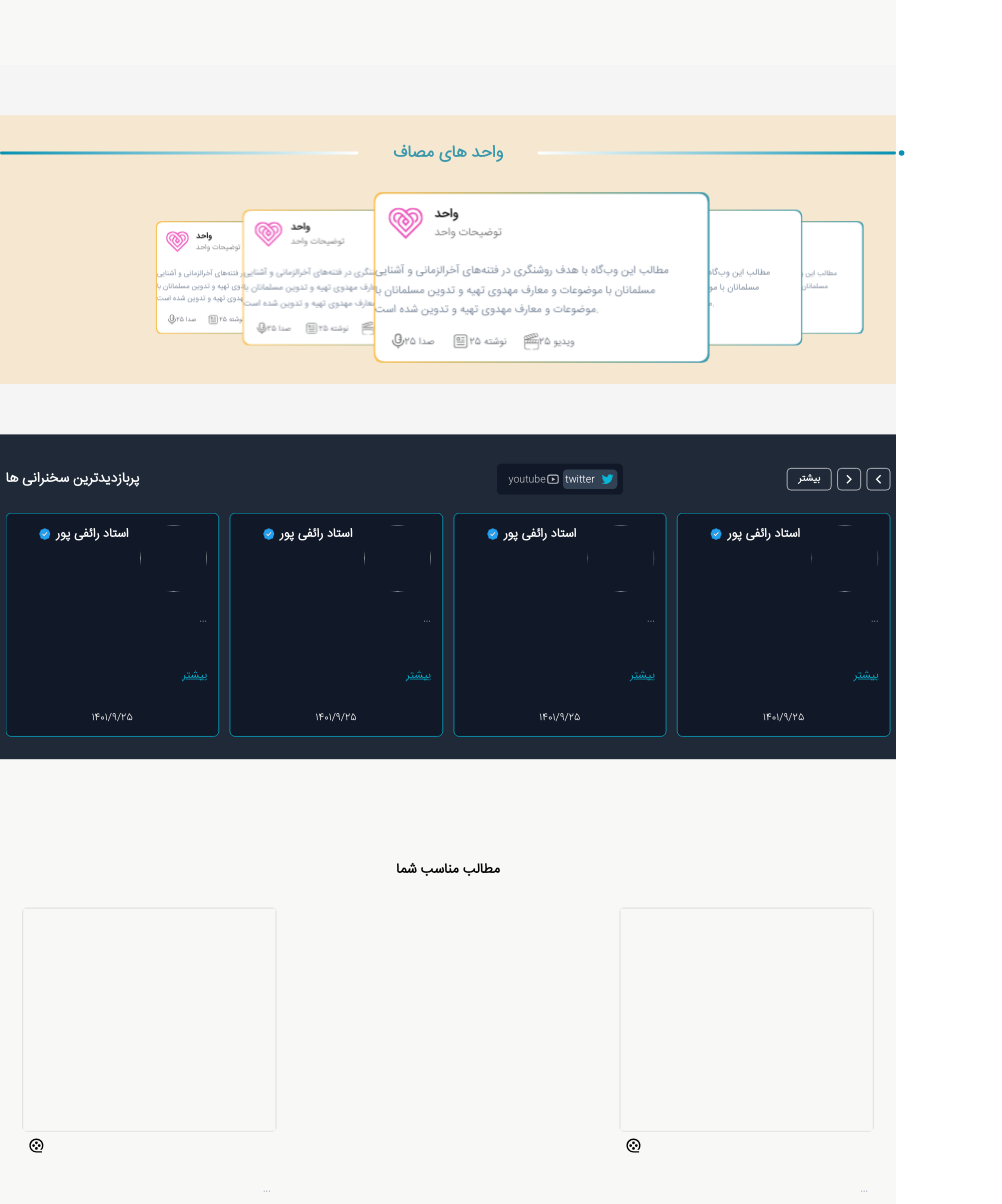
Repository: homan-tehrani/uiUserNative
Page: /
An editor plug-in stored every save of this project. The page is shown before and after the next save, followed by the edit.
The browser window is 1280 px wide. The page is 1432 px wide, so the pictures cover 1432 px, including what lies to the right of the window. The pictures show the part of the page from y = 2162 to 3882 px (the page is 5134 px tall), at 70% of full size.
The page's requests for data from a server got no answer. The project was rebuilt for these pictures with package versions that can differ from the ones it lists, and the page was loaded fresh each time. The framework's server and built-in components were replaced by stand-ins that run in the browser. No one was signed in, and anything a server would have sent is missing. Also part of the build but not shown: next.config.js, src/components/MenuForUnits.js, src/components/AccordionForUnits.js, src/components/MenuResponsive.js.

Above is the page before, as saved 2023-04-25 09:51:19.

### src/pages/_app.js
import Layoute from 'components/layout/Layoute'
import 'styles/globals.css'

export default function App({ Component, pageProps }) {
  return <Layoute>
    <Component {...pageProps} />
  </Layoute>
}

### src/pages/index.js
import Head from 'next/head';
import Layoute from '../components/layout/Layoute';
import Loading from '../components/loading';
import Slider from '../components/Slider';
import Album1 from '../components/Album1';
import Invitation from '../components/Invitation';
import Album2 from '../components/Album2';
import Description from '../components/Description';
import Album3 from '../components/Album3';
import Suggestion from '../components/Suggestion';
import { useEffect } from 'react';

export default function Home({ datas }) {
  return (
    <>
      <Head>
        <title>خانه</title>
        <meta
          name="description"
          content="Generated by create next app"
        />
        <meta
          name="viewport"
          content="width=device-width, initial-scale=1"
        />
        <link rel="icon" href="/favicon.ico" />
      </Head>
      <main className="bg-[#F8F8F6]">

        <>
          <Slider />
          <Album1 />
          <Invitation />
          <Album2 />
          <Description />
          <Album3 />
          <Suggestion />
        </>

      </main>
    </>
  );
}

// export async function getStaticProps(context){

//   const res = await fetch("https://nativecontent.sirafgroup.com/api/v1/tag/contentByTag/")
//   const data = await res.json(res)
//   console.log(data);

//   if (!data) {
//     return {
//       notFound: true,
//     }
//   }

//   return{
//     props: {

//     }
//   }

// }

### src/components/layout/Layoute.js
import React from "react";
import Header from "./Header";
import Fotter from "./Fotter";
import Speech from "../Speech";

export default function Layoute({ children , datas }) {
  return (
    <>
      <Header  />
      <div>{children}</div>
      <Speech />
      <Fotter datas={datas} />
    </>
  );
}

### src/styles/globals.css
@tailwind base;
@tailwind components;
@tailwind utilities;

@font-face {
    font-family: iransans;
    src: url("../../public/assets/fonts/iransans/irsans-l.woff");
}

html , body{
    font-family: iransans;
  }

.slider-master
.swiper-pagination-bullet{
  width: 14px;
  height: 14px;
  background-color: #3998AC;
}

.slider-master
.swiper-pagination-bullet-active {
  width: 60px;
  border-radius: 60px;
}

### src/components/loading.js
const Loading =()=> {
    return (
      <div className="w-full h-full flex justify-center items-center py-5">
        <svg aria-hidden="true" class="w-12 h-12 text-gray-200 animate-spin dark:text-gray-600 fill-cyan-600" viewBox="0 0 100 101" fill="none" xmlns="http://www.w3.org/2000/svg">
            <path d="M100 50.5908C100 78.2051 77.6142 100.591 50 100.591C22.3858 100.591 0 78.2051 0 50.5908C0 22.9766 22.3858 0.59082 50 0.59082C77.6142 0.59082 100 22.9766 100 50.5908ZM9.08144 50.5908C9.08144 73.1895 27.4013 91.5094 50 91.5094C72.5987 91.5094 90.9186 73.1895 90.9186 50.5908C90.9186 27.9921 72.5987 9.67226 50 9.67226C27.4013 9.67226 9.08144 27.9921 9.08144 50.5908Z" fill="currentColor"/>
            <path d="M93.9676 39.0409C96.393 38.4038 97.8624 35.9116 97.0079 33.5539C95.2932 28.8227 92.871 24.3692 89.8167 20.348C85.8452 15.1192 80.8826 10.7238 75.2124 7.41289C69.5422 4.10194 63.2754 1.94025 56.7698 1.05124C51.7666 0.367541 46.6976 0.446843 41.7345 1.27873C39.2613 1.69328 37.813 4.19778 38.4501 6.62326C39.0873 9.04874 41.5694 10.4717 44.0505 10.1071C47.8511 9.54855 51.7191 9.52689 55.5402 10.0491C60.8642 10.7766 65.9928 12.5457 70.6331 15.2552C75.2735 17.9648 79.3347 21.5619 82.5849 25.841C84.9175 28.9121 86.7997 32.2913 88.1811 35.8758C89.083 38.2158 91.5421 39.6781 93.9676 39.0409Z" fill="currentFill"/>
        </svg>
      </div>
    );
  }

  export default Loading;

### src/components/Slider.js
import React, { useEffect, useState } from "react";
import { Swiper, SwiperSlide } from "swiper/react";
import { Navigation, EffectFade, Pagination, Scrollbar, A11y } from "swiper";
import { useRef } from "react";
import Loading from "./loading";
import ImageProfile from "assets/images/image.jpg";

import "swiper/css";
import "swiper/css/navigation";
import "swiper/css/pagination";
import "swiper/css/scrollbar";
import { sliderPhoto } from "../../src/db.json";
import Survey from "./Survey";

export default function Slider() {
  const [imagesSlider, setImagesSlider] = useState(null);
  const swiperRef = useRef();

  useEffect(() => {
    setImagesSlider(sliderPhoto);
  }, []);

  if (!imagesSlider) {
    return <Loading />;
  }

  return (
    <div className="container mx-auto w-full h-full  py-7 px-2">
      <Swiper
        wrapperClass="w-full"
        modules={[Navigation, Pagination, Scrollbar, A11y, EffectFade, Pagination]}
        spaceBetween="auto"
        loop={true}
        autoplay={{
          delay: 1000,
          disableOnInteraction: false,
        }}
        navigation={{
            nextEl: '.swiper-button-next',
            prevEl: '.swiper-button-prev',
        }}
        onBeforeInit={(swiper) => {
          swiperRef.current = swiper;
        }}
        slidesPerView={1}
        effect="fade"
        className="slider-master max-h-[32rem] min-h-full rounded-3xl overflow-hidden"
      >
        {imagesSlider.map((item) => (
          <SwiperSlide key={item.id} className="w-full h-full">
            <img
              className="w-full h-[32rem] object-cover"
              src="assets/images/image.jpg"
            />
          </SwiperSlide>
        ))}
        <div
          className="swiper-button-prev !text-white mx-8 after:!text-4xl"
        ></div>
        <div
          className="swiper-button-next !text-white mx-8 after:!text-4xl"
        ></div>

      </Swiper>
      <div className="custom-pagination"></div>
      <Survey/>

       </div>

  );
}

### src/components/Album3.js
import React, { useRef, useState, useEffect } from 'react';
import { Swiper, SwiperSlide } from 'swiper/react';
import 'swiper/css';
import 'swiper/css/pagination';
import { Pagination, Navigation } from 'swiper';
import Loading from './loading';
import MorSpeech from './MorSpeech';
import { albumPhoto3 } from '../../src/db.json';
import Link from 'next/link';

export default function Album3() {
  const [albumPhotos3, setAlbumPhotos3] = useState(null);

  const swiperRef = useRef();
  useEffect(() => {
    setAlbumPhotos3(albumPhoto3);
  }, []);

  const nextSlideHandler = () => {
    swiperRef.current?.slideNext();
  };

  const prevSlideHandler = () => {
    swiperRef.current?.slidePrev();
  };

  useEffect(() => {
    const fetchData = async () => {
      const response = await fetch(
        'https://nativecontent.sirafgroup.com/api/v1/category/contentByCategory/?categoryId=1&count=10'
      );
      const data = await response.json();
      setAlbumPhotos3(data.data);
    };
    fetchData();
  }, []);

  if (!albumPhotos3) {
    return <Loading />;
  }

  return (
    <div className="bg-gray-800 pt-16 md:pt-12 pb-8 mb-16  px-2 ">
      <div className="-translate-y-8 container mx-auto ">
        <div className="flex -translate-y-3 sm:translate-y-8 lg:translate-x-40 w-full items-center justify-center  gap-x-1 h-8   text-xsm text-white  px-1 rounded-sm">
          <div className="bg-gray-900  p-2 rounded-md flex items-center ">
            <Link
              href="http://www.youtube.com"
              className="text-sm opacity-70 bg-gray-900 ml-2"
            >
              youtube
              <svg
                xmlns="http://www.w3.org/2000/svg"
                className="fill-white inline mr-1"
                viewBox="0 0 24 24"
                width="20"
                height="20"
              >
                <path fill="none" d="M0 0h24v24H0z" />
                <path d="M19.606 6.995c-.076-.298-.292-.523-.539-.592C18.63 6.28 16.5 6 12 6s-6.628.28-7.069.403c-.244.068-.46.293-.537.592C4.285 7.419 4 9.196 4 12s.285 4.58.394 5.006c.076.297.292.522.538.59C5.372 17.72 7.5 18 12 18s6.629-.28 7.069-.403c.244-.068.46-.293.537-.592C19.715 16.581 20 14.8 20 12s-.285-4.58-.394-5.005zm1.937-.497C22 8.28 22 12 22 12s0 3.72-.457 5.502c-.254.985-.997 1.76-1.938 2.022C17.896 20 12 20 12 20s-5.893 0-7.605-.476c-.945-.266-1.687-1.04-1.938-2.022C2 15.72 2 12 2 12s0-3.72.457-5.502c.254-.985.997-1.76 1.938-2.022C6.107 4 12 4 12 4s5.896 0 7.605.476c.945.266 1.687 1.04 1.938 2.022zM10 15.5v-7l6 3.5-6 3.5z" />
              </svg>
            </Link>
            <Link
              href="http://www.twitter.com"
              className="text-sm bg-slate-700 p-1 rounded-md"
            >
              twitter
              <svg
                xmlns="http://www.w3.org/2000/svg"
                className="fill-cyan-500 inline ml-2"
                viewBox="0 0 24 24"
                width="20"
                height="20"
              >
                <path fill="none" d="M0 0h24v24H0z" />
                <path d="M22.162 5.656a8.384 8.384 0 0 1-2.402.658A4.196 4.196 0 0 0 21.6 4c-.82.488-1.719.83-2.656 1.015a4.182 4.182 0 0 0-7.126 3.814 11.874 11.874 0 0 1-8.62-4.37 4.168 4.168 0 0 0-.566 2.103c0 1.45.738 2.731 1.86 3.481a4.168 4.168 0 0 1-1.894-.523v.052a4.185 4.185 0 0 0 3.355 4.101 4.21 4.21 0 0 1-1.89.072A4.185 4.185 0 0 0 7.97 16.65a8.394 8.394 0 0 1-6.191 1.732 11.83 11.83 0 0 0 6.41 1.88c7.693 0 11.9-6.373 11.9-11.9 0-.18-.005-.362-.013-.54a8.496 8.496 0 0 0 2.087-2.165z" />
              </svg>
            </Link>
          </div>
        </div>
        <MorSpeech
          classMore="white"
          colorIcon="fill-white"
          colorText="text-white"
          nextButtonHandler={nextSlideHandler}
          prevButtonHandler={prevSlideHandler}
          content="پربازدیدترین سخنرانی ها"
        />
      </div>

      <Swiper
        slidesPerView={4}
        spaceBetween={15}
        modules={[Pagination, Navigation]}
        onBeforeInit={(swiper) => {
          swiperRef.current = swiper;
        }}
        breakpoints={{
          // when window width is >= 640px
          0: {
            slidesPerView: 1,
          },
          400: {
            slidesPerView: 2,
          },
          640: {
            slidesPerView: 3,
          },
          1024: {
            slidesPerView: 4,
          },
        }}
        className="container h-80  "
      >
        {albumPhotos3.map((item) => (
          <SwiperSlide
            key={item.id}
            dir="rtl"
            className=" bg-gray-900  p-4  text-white border border-cyan-500 rounded-lg cursor-pointer"
          >
            <Link
              href={`/units/${item.id}`}
              className="w-full h-full  flex flex-col justify-between "
            >
              <div className=" flex ">
                  <div className="w-24 h-24  rounded-full overflow-hidden">
                    <img
                      src={item.coverImage}
                      alt={item.title}
                      className="w-full h-full  rounded-full"
                    />
                  </div>
                  <div
                    dir="rtl"
                    className="flex pr-4 text-lg"
                  >
                    <p className="font-bold mb-2">
                      استاد رائفی پور
                      <svg
                        width="16"
                        height="17"
                        viewBox="0 0 16 17"
                        className="inline mr-2"
                        fill="none"
                        xmlns="http://www.w3.org/2000/svg"
                      >
                        <path
                          fill-rule="evenodd"
                          clip-rule="evenodd"
                          d="M5.34778 1.71013C5.85112 0.72607 6.84948 0.0551758 8 0.0551758C9.15052 0.0551758 10.1489 0.726069 10.6522 1.71012C11.6796 1.38313 12.8433 1.6403 13.6569 2.48339C14.4704 3.32646 14.7186 4.53243 14.403 5.5971C15.3526 6.11871 16 7.15331 16 8.3456C16 9.5379 15.3526 10.5725 14.403 11.0941C14.7186 12.1588 14.4704 13.3647 13.6569 14.2078C12.8433 15.0509 11.6796 15.3081 10.6522 14.9811C10.1489 15.9651 9.15052 16.636 8 16.636C6.84947 16.636 5.85112 15.9651 5.34778 14.9811C4.32041 15.3081 3.15669 15.0509 2.34314 14.2078C1.52961 13.3647 1.28144 12.1588 1.59698 11.0941C0.647392 10.5725 0 9.5379 0 8.3456C0 7.15331 0.647391 6.11871 1.59697 5.5971C1.28143 4.53243 1.5296 3.32646 2.34314 2.48339C3.15669 1.64031 4.32041 1.38313 5.34778 1.71013ZM11.81 6.26519C11.8686 6.32589 11.8686 6.42431 11.81 6.48502L7.07236 11.3946C7.01378 11.4553 6.91881 11.4553 6.86023 11.3946L4.24393 8.68335C4.18536 8.62265 4.18536 8.52422 4.24393 8.46352L5.09246 7.58419C5.15104 7.52348 5.24602 7.52348 5.30459 7.58419L6.86023 9.1963C6.91881 9.257 7.01378 9.257 7.07236 9.1963L10.7493 5.38585C10.8079 5.32515 10.9029 5.32515 10.9614 5.38585L11.81 6.26519Z"
                          fill="#1EA1F2"
                        />
                        <path
                          d="M11.81 6.48502C11.8686 6.42431 11.8686 6.32589 11.81 6.26519L10.9614 5.38585C10.9029 5.32515 10.8079 5.32515 10.7493 5.38585L7.07236 9.1963C7.01378 9.257 6.91881 9.257 6.86023 9.1963L5.30459 7.58419C5.24602 7.52348 5.15104 7.52348 5.09246 7.58419L4.24393 8.46352C4.18536 8.52422 4.18536 8.62265 4.24393 8.68335L6.86023 11.3946C6.91881 11.4553 7.01378 11.4553 7.07236 11.3946L11.81 6.48502Z"
                          fill="white"
                        />
                      </svg>
                    </p>
                  </div>
              </div>

              <p className="truncate w-60 font-bold">
                    {item.title}
                  </p>
              <div className=" w-full h-10 text-sm -translate-y-6">
                <p className="text-slate-300 mt-2">
                  {item?.summary?.substring(0, 150)}...
                </p>
              </div>

              <div className=" w-full h-10 ">
                <Link
                  className="text-cyan-500 "
                  href={`/units/${item.id}`}
                >
                  <u>بیشتر</u>
                </Link>
              </div>

              <div className=" text-center text-sm">
                <p>1401/9/25</p>
              </div>
            </Link>
          </SwiperSlide>
        ))}
      </Swiper>
    </div>
  );
}

### src/components/Speech.js
import React, { useEffect, useState } from "react";
import Loading from "./loading";
import {speech} from "../../src/db.json"

export default function Speech({ datas }) {
  const [imageSpeech, setImageSpeech] = useState(null);
  useEffect(() => {
    setImageSpeech(speech);
  }, []);

  if (!imageSpeech) {
    return <Loading />;
  }
  return (
    <div className="w-full flex justify-center items-center relative ">
      <div className="flex flex-col w-full h-max">
        <div className="flex flex-col w-full ">
          <img
            src={imageSpeech[0].src}
            alt={imageSpeech[0].alt}
            className="w-full h-full object-cover"
          />
        </div>
      </div>
    </div>
  );
}

### src/components/MorSpeech.js
import React from 'react'


export default function MorSpeech({nextButtonHandler , prevButtonHandler , icons , underline , content , colorIcon , colorText , classMore , moreHandler,addHandler}) {

  return (
    <div  className='flex flex-col justify-center   w-full h-max '>
      <div className='flex justify-between items-center gap-x-0   md:px-0 xs:gap-x-6 '>
        <p className={`${colorText} font-bold text-xl`}>{content}</p>

        {icons && <div  className='flex items-center justify-center w-max gap-x-1 h-8 bg-gray-900 ml-96 text-xsm text-white  px-1 rounded-sm'>

        <button className='flex items-center justify-center gap-x-1 opacity-70'>
        <p>youtube</p>
        <svg xmlns="http://www.w3.org/2000/svg" className='fill-white' viewBox="0 0 24 24" width="20" height="20"><path fill="none" d="M0 0h24v24H0z"/><path d="M19.606 6.995c-.076-.298-.292-.523-.539-.592C18.63 6.28 16.5 6 12 6s-6.628.28-7.069.403c-.244.068-.46.293-.537.592C4.285 7.419 4 9.196 4 12s.285 4.58.394 5.006c.076.297.292.522.538.59C5.372 17.72 7.5 18 12 18s6.629-.28 7.069-.403c.244-.068.46-.293.537-.592C19.715 16.581 20 14.8 20 12s-.285-4.58-.394-5.005zm1.937-.497C22 8.28 22 12 22 12s0 3.72-.457 5.502c-.254.985-.997 1.76-1.938 2.022C17.896 20 12 20 12 20s-5.893 0-7.605-.476c-.945-.266-1.687-1.04-1.938-2.022C2 15.72 2 12 2 12s0-3.72.457-5.502c.254-.985.997-1.76 1.938-2.022C6.107 4 12 4 12 4s5.896 0 7.605.476c.945.266 1.687 1.04 1.938 2.022zM10 15.5v-7l6 3.5-6 3.5z"/></svg>
            </button>
        <button className='flex items-center justify-center gap-x-1 bg-slate-700 p-1 rounded-md'>
        <p>twitter</p>
          <svg xmlns="http://www.w3.org/2000/svg" className='fill-cyan-500' viewBox="0 0 24 24" width="20" height="20"><path fill="none" d="M0 0h24v24H0z"/><path d="M22.162 5.656a8.384 8.384 0 0 1-2.402.658A4.196 4.196 0 0 0 21.6 4c-.82.488-1.719.83-2.656 1.015a4.182 4.182 0 0 0-7.126 3.814 11.874 11.874 0 0 1-8.62-4.37 4.168 4.168 0 0 0-.566 2.103c0 1.45.738 2.731 1.86 3.481a4.168 4.168 0 0 1-1.894-.523v.052a4.185 4.185 0 0 0 3.355 4.101 4.21 4.21 0 0 1-1.89.072A4.185 4.185 0 0 0 7.97 16.65a8.394 8.394 0 0 1-6.191 1.732 11.83 11.83 0 0 0 6.41 1.88c7.693 0 11.9-6.373 11.9-11.9 0-.18-.005-.362-.013-.54a8.496 8.496 0 0 0 2.087-2.165z"/></svg>

          </button>
        </div>}
        <div className='flex gap-x-2 '>
            <button onClick={()=>moreHandler} className={`text-${classMore} border border-${classMore} xs:w-12 font-bold text-sm rounded-md w-16 h-8`}>بیشتر</button>
            <button className='border rounded-md px-1' onClick={prevButtonHandler}>
            <svg xmlns="http://www.w3.org/2000/svg" className={colorIcon} viewBox="0 0 24 24" width="24" height="24"><path fill="none" d="M0 0h24v24H0z"/><path d="M13.172 12l-4.95-4.95 1.414-1.414L16 12l-6.364 6.364-1.414-1.414z"/></svg>
            </button>
            <button className='border rounded-md px-1 ' onClick={nextButtonHandler}>
            <svg xmlns="http://www.w3.org/2000/svg" className={colorIcon} viewBox="0 0 24 24" width="24" height="24"><path fill="none" d="M0 0h24v24H0z"/><path d="M10.828 12l4.95 4.95-1.414 1.414L8 12l6.364-6.364 1.414 1.414z"/></svg>
            </button>
        </div>
      </div>
      {underline && <div className='bg-blue-200 h-0.5 w-full mt-3 bg-gradient-to-l from-blue-300 to-white'></div>}
    </div>
  )
}

### tailwind.config.js
/** @type {import('tailwindcss').Config} */
module.exports = {
  content: [
    "./app/**/*.{js,ts,jsx,tsx}",
    "./pages/**/*.{js,ts,jsx,tsx}",
    "./components/**/*.{js,ts,jsx,tsx}",

    // Or if using `src` directory:
    "./src/**/*.{js,ts,jsx,tsx}",
  ],
  theme: {
    extend: {
      screens:{
        'xs':{'max':'430px'},
      },
      spacing: {
        '148': '37rem',
        '120':'36rem',
        '152':'42rem',
        '90':'25rem',
        '98':'28rem',
        '100':'30rem',
        '110':'33rem',
        'ppx':'0.5px',
        '400px': '400px',
        '300px':'300px',
        '1200px':'1200px',
        '370px':'370px',
        '305px':'305px',
        '282px':'282px'
      },
      fontSize:{
        tsm:['13px','19px'],
        ssm:['12px','18px'],
        xsm:['11px','17px'],
        xxsm:['10px','16px'],
        xxxsm:['8px','12px'],
      },
    },
  },
  plugins: [],
}

Loaded but not shown: src/db.json (58 lines, source omitted); src/components/layout/Header.js (172 lines, source omitted); src/components/layout/Fotter.js (133 lines, source omitted); src/components/NavBar.js (92 lines, source omitted); src/components/Description.js (198 lines, source omitted); src/components/Album1.js (169 lines, source omitted); src/components/Invitation.js (47 lines, source omitted); src/components/Survey.js (87 lines, source omitted); src/components/Album2.js (138 lines, source omitted); src/components/Suggestion.js (107 lines, source omitted)

After the next save:
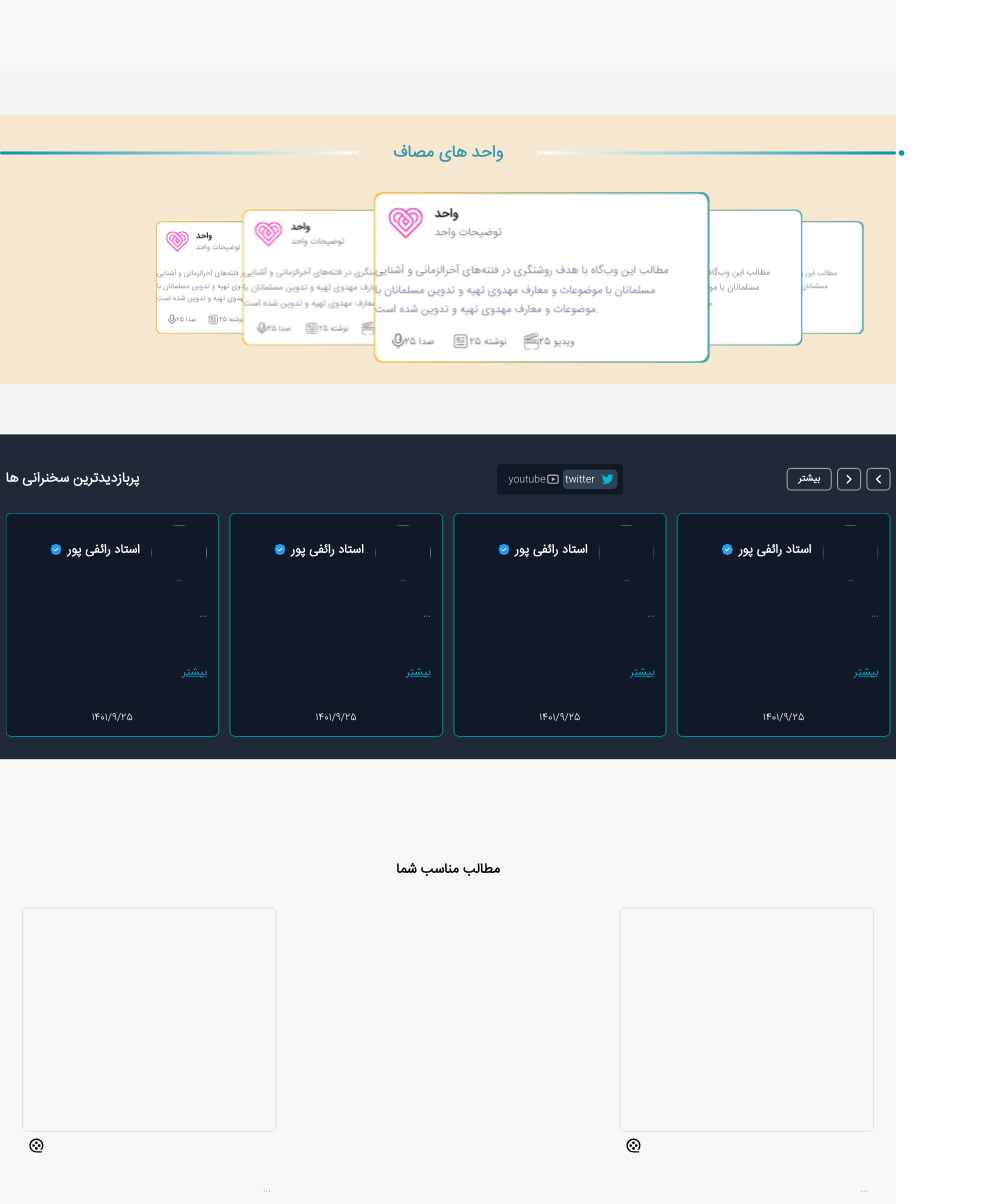
Saved 15 s later.
--- a/src/components/Album3.js
+++ b/src/components/Album3.js
@@ -122,8 +122,8 @@ export default function Album3() {
               href={`/units/${item.id}`}
               className="w-full h-full  flex flex-col justify-between "
             >
-              <div className=" flex ">
-                  <div className="w-24 h-24  rounded-full overflow-hidden">
+              <div className=" flex items-center ">
+                  <div className="w-20 h-20  rounded-full overflow-hidden">
                     <img
                       src={item.coverImage}
                       alt={item.title}
